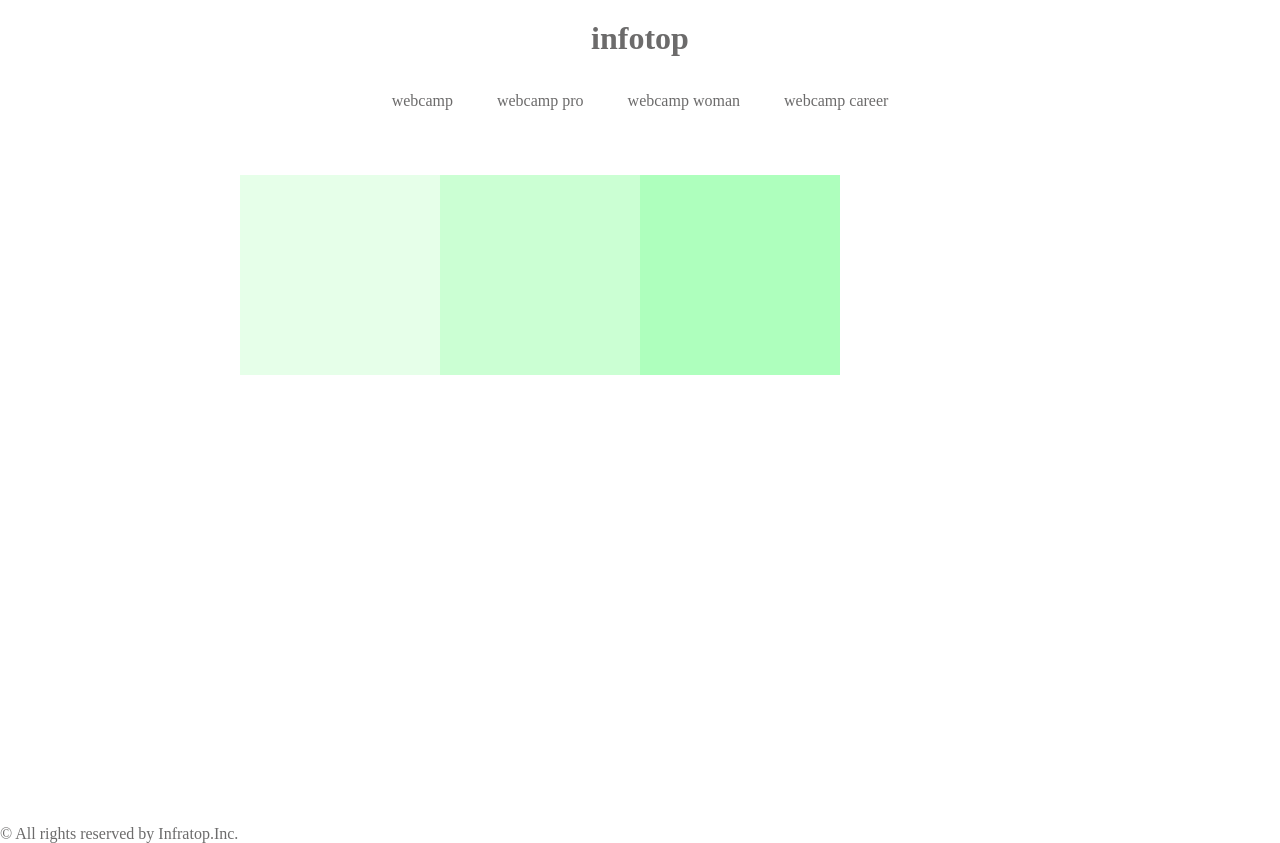
Repository: decknoboh/exercise1-8
Page: exercise1-5/index.html
The author's editor kept a record of every edit. The page is drawn from the files as they stood at one moment, then again after the next edit.
The browser window is 1280 px wide. The pictures show the whole page.

Above is the page before.

### exercise1-5/index.html
<!DOCTYPE html>
<html lang="ja">
  <head>
    <meta charset="utf-8" />
    <link rel="stylesheet" href="style.css" />
    <title>infratop</title>
  </head>

  <body>
    <header>
      <h1>
        <a href="index.html">
          infotop
        </a>
      </h1>
    </header>
    <nav>
    <ul class="nav-list">
      <li class="nav-list-item">
        <a href="index.html">webcamp</a>
      </li>
      <li class="nav-list-item">
        <a href="index.html">webcamp pro</a>
      </li>
      <li class="nav-list-item">
        <a href="index.html">webcamp woman</a>
      </li>
      <li class="nav-list-item">
        <a href="index.html">webcamp career</a>
      </li>
    </ul>
    </nav>
    <div class="main">
      <div class="box1"></div>
      <div class="box2"></div>
      <div class="box3"></div>
      <div class="box4"></div>
      <div class="box5"></div>
      <div class="box6"></div>
      <div class="box7"></div>
      <div class="box8"></div>
      <div class="box9"></div>
      <div class="box10"></div>
      <div class="box11"></div>
      <div class="box12"></div>
    </div>
    <footer>
      <p class="footer-text">© All rights reserved by Infratop.Inc.</p>
    </footer>
  </body>
</html>

### exercise1-5/style.css
*{
  margin: 0;
  padding: 0;
  box-sizing: border-box;
  color: #6c6b6b;
}

a{
  text-decoration: none;
}

header{
  width: 100%;
  padding: 20px 0;
  text-align: center;
}

.nav-list{
  text-align: center;
  padding: 15px 0;
  margin: 0 auto;
}

.nav-list-item{
  list-style: none;
  display: inline-block;
  margin: 0 20px;
}

.main{
  width: 800px;
  margin: 50px auto;
  display: flex;
  flex-wrap: wrap;
}

.box1{
  width: 200px;
  height: 200px;
  background-color: #e6ffe9;
}

.box2{
  width: 200px;
  height: 200px;
  background-color: #cbffd3;
}

.box3{
  width: 200px;
  height: 200px;
  background-color: #aeffbd;
}

.box4{
  width: 200px;
  height: 200px;
  background-color:
}

.box5{
  width: 200px;
  height: 200px;
  background-color:
}

.box6{
  width: 200px;
  height: 200px;
  background-color:
}

.box7{
  width: 200px;
  height: 200px;
  background-color:
}

.box8{
  width: 200px;
  height: 200px;
  background-color:
}

.box9{
  width: 200px;
  height: 200px;
  background-color:
}

.box10{
  width: 200px;
  height: 200px;
  background-color:
}

.box11{
  width: 200px;
  height: 200px;
  background-color:
}

.box12{
  width: 200px;
  height: 200px;
  background-color:
}

After the next edit:
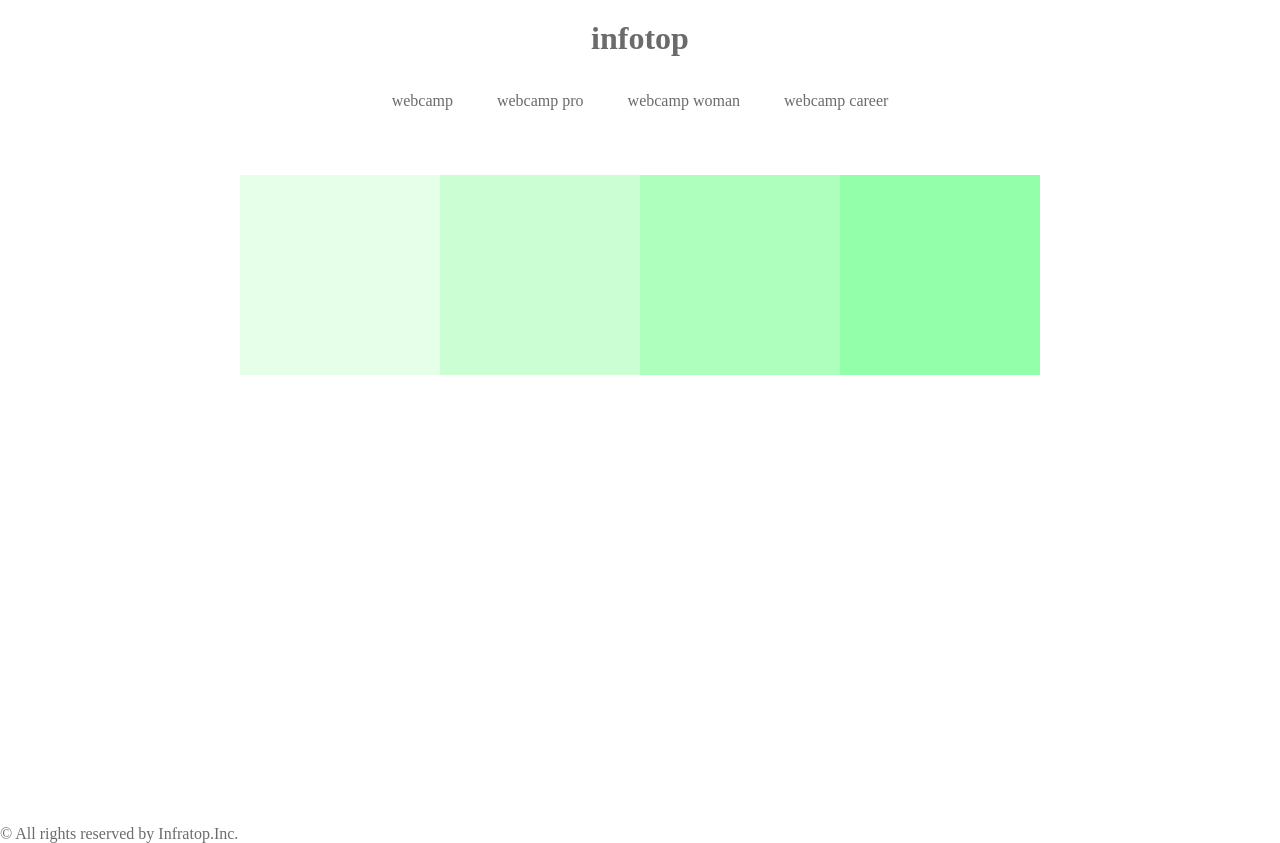
The edit:
--- a/exercise1-5/style.css
+++ b/exercise1-5/style.css
@@ -55,7 +55,7 @@
 .box4{
   width: 200px;
   height: 200px;
-  background-color:
+  background-color: #93ffab;
 }
 
 .box5{
